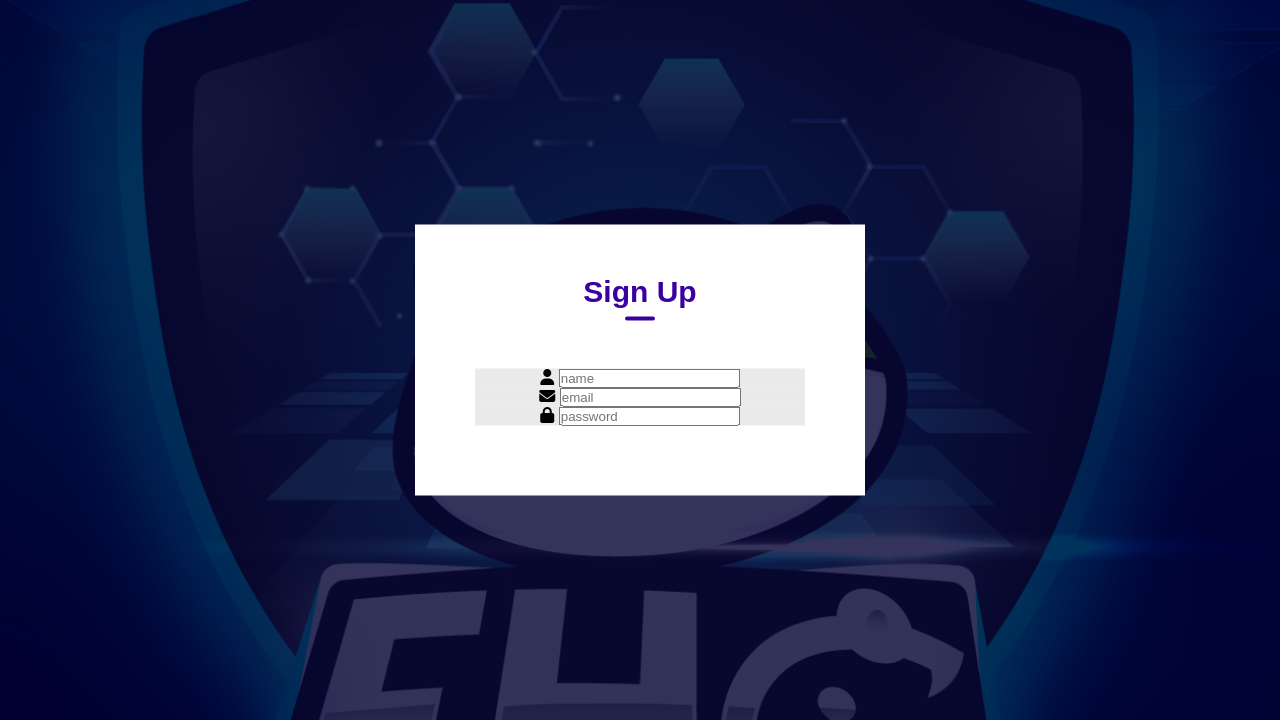
Repository: vietanhlek48/loginProject
Page: index.html
An editor plug-in stored every save of this project. The page is shown before and after the next save, followed by the edit.
The browser window is 1280 px wide. The pictures show the whole page.
Some web libraries are served in a nearby version.

Above is the page before, as saved 2023-02-16 00:52:57.

After the next save:
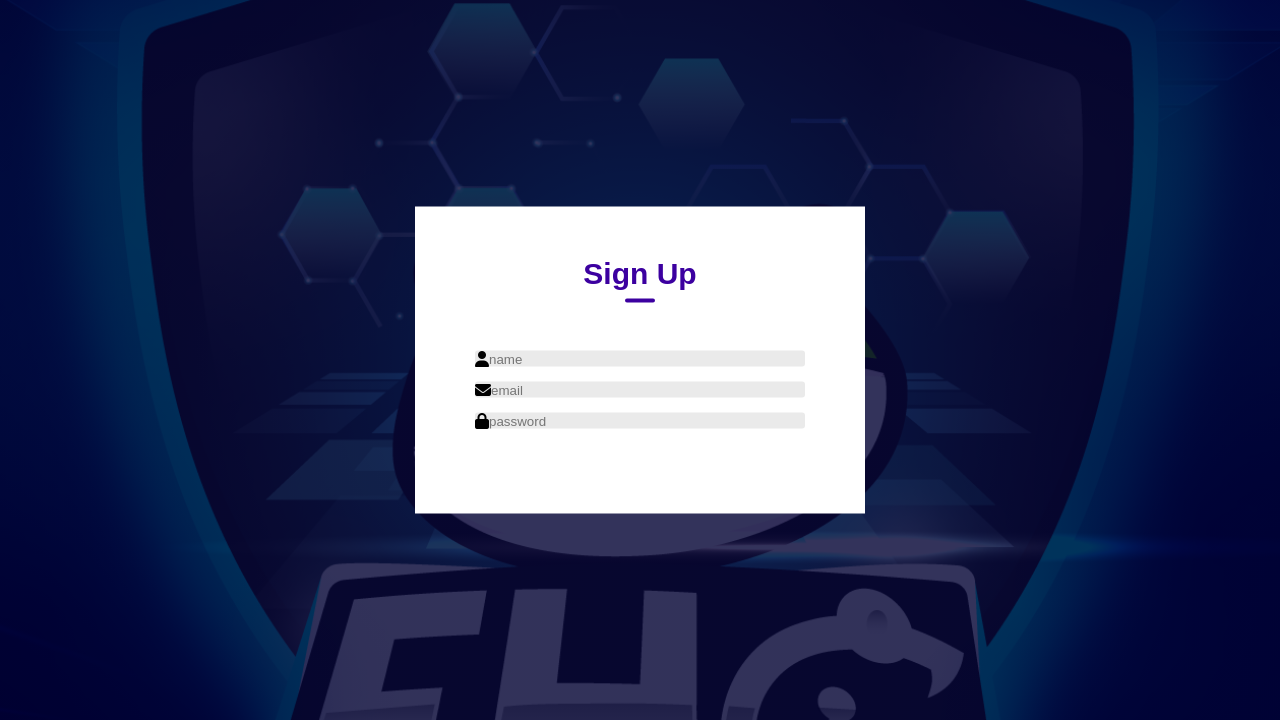
Saved 81 s later.
--- a/style.css
+++ b/style.css
@@ -47,6 +47,16 @@
 
 .input-field{
     background: #eaeaea;
-    margin: :15px;
+    margin: 15px 0;
+    border-radius: 3px;
+    display: flex;
+    align-items: center;
+}
 
+input{
+    width: 100px;
+    background: transparent;
+    border: 0;
+    outline: 0;
+    padding: 18px 1;
 }
